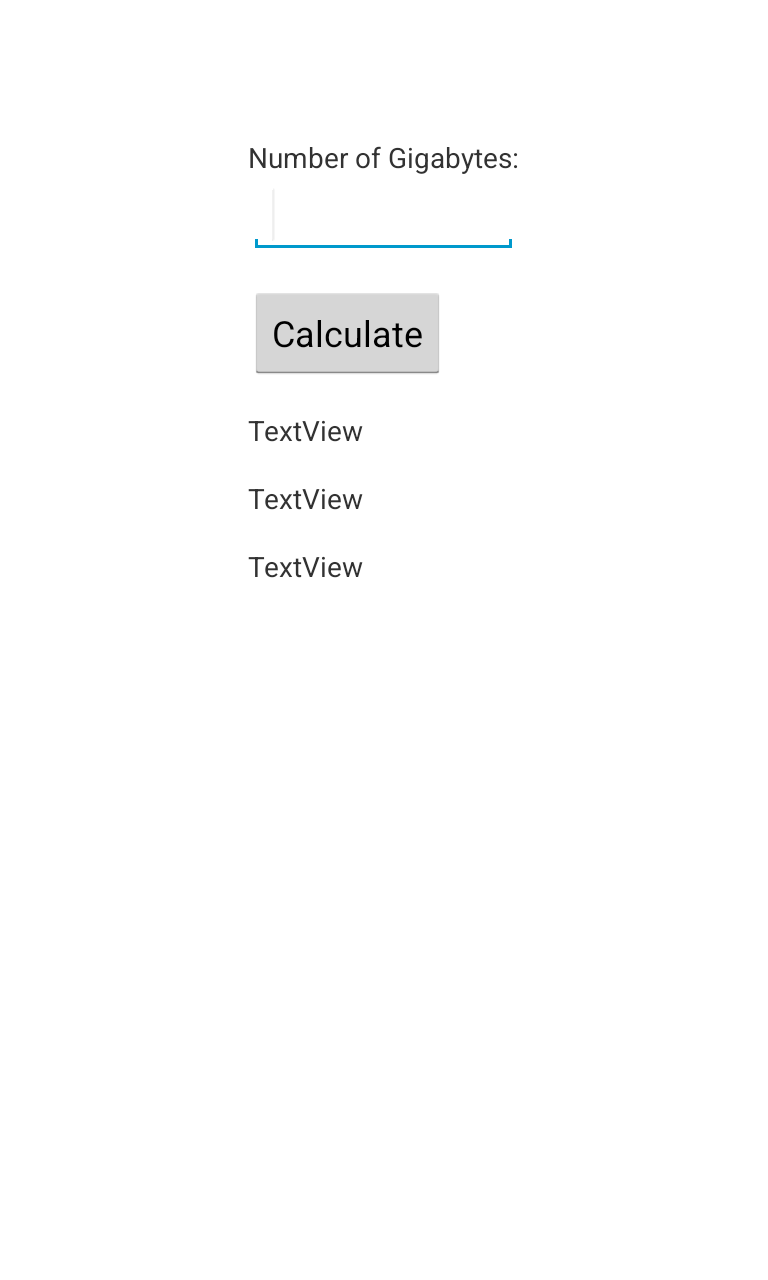
Repository: laurenelder/Java1-Project1
Layout: LinearLayoutProject/res/layout/fragment_main.xml
The author's editor kept a copy of each file at every save. The layout is drawn from the files as they stood at one save, then again after the next save.
It is drawn on a 768 x 1280 px phone screen (xhdpi) without system bars, with theme AppTheme; the app's code is not run.

Above is the layout before, as saved 2014-05-10 00:14:13.

After the next save:
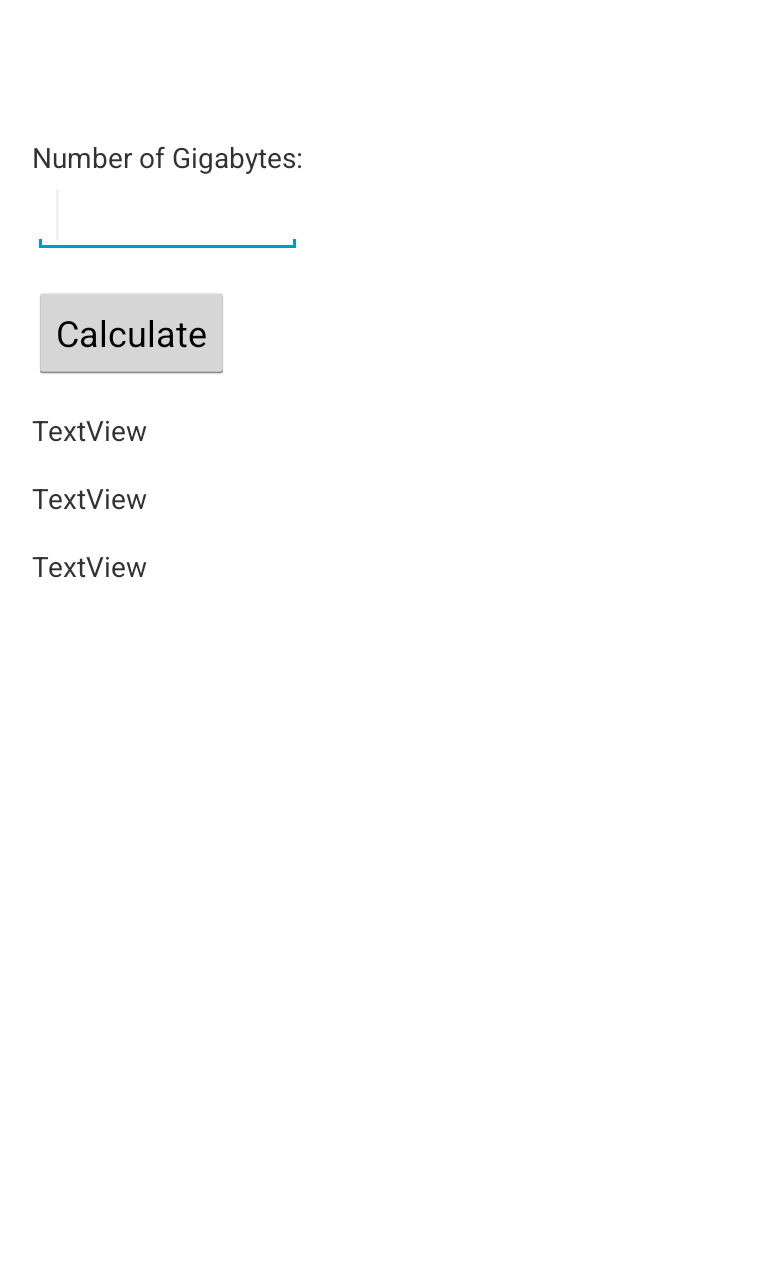
Saved 6 min 20 s later.
--- a/LinearLayoutProject/res/layout/fragment_main.xml
+++ b/LinearLayoutProject/res/layout/fragment_main.xml
@@ -1,4 +1,4 @@
-<RelativeLayout xmlns:android="http://schemas.android.com/apk/res/android"
+<FrameLayout xmlns:android="http://schemas.android.com/apk/res/android"
     xmlns:tools="http://schemas.android.com/tools"
     android:layout_width="match_parent"
     android:layout_height="match_parent"
@@ -6,7 +6,7 @@
     android:paddingLeft="@dimen/activity_horizontal_margin"
     android:paddingRight="@dimen/activity_horizontal_margin"
     android:paddingTop="@dimen/activity_vertical_margin"
-    tools:context="com.elderDevin.linearlayoutproject.MainActivity$PlaceholderFragment" >
+    tools:context="com.elderDevin.linearlayoutproject.MainActivity" >
 
     <LinearLayout
         android:id="@+id/linear"
@@ -63,4 +63,4 @@
             android:text="TextView" />
     </LinearLayout>
 
-</RelativeLayout>
+</FrameLayout>

After the 2 saves that followed:
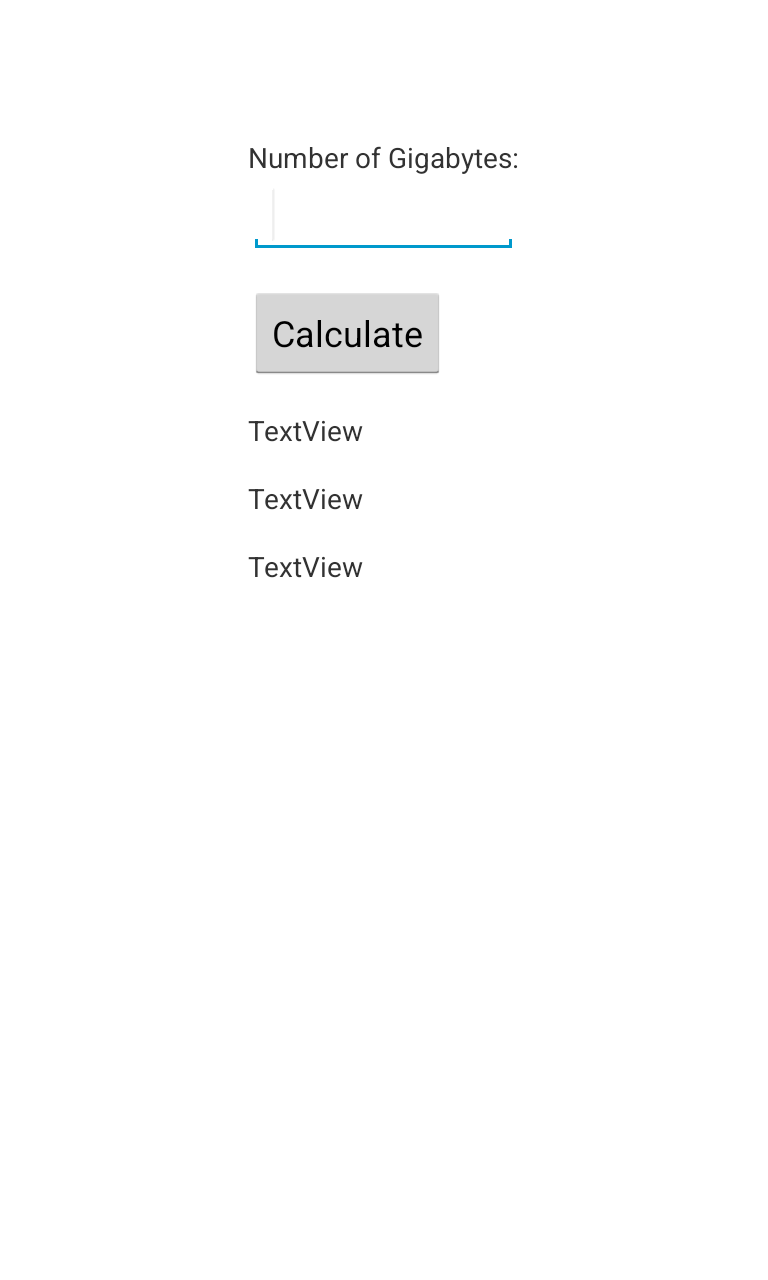
The 2 saves are shown as one change because 1 did not build or start.
The last was saved 6 min 1 s later.
--- a/LinearLayoutProject/res/layout/fragment_main.xml
+++ b/LinearLayoutProject/res/layout/fragment_main.xml
@@ -1,4 +1,4 @@
-<FrameLayout xmlns:android="http://schemas.android.com/apk/res/android"
+<RelativeLayout xmlns:android="http://schemas.android.com/apk/res/android"
     xmlns:tools="http://schemas.android.com/tools"
     android:layout_width="match_parent"
     android:layout_height="match_parent"
@@ -6,7 +6,7 @@
     android:paddingLeft="@dimen/activity_horizontal_margin"
     android:paddingRight="@dimen/activity_horizontal_margin"
     android:paddingTop="@dimen/activity_vertical_margin"
-    tools:context="com.elderDevin.linearlayoutproject.MainActivity" >
+    tools:context="com.elderDevin.linearlayoutproject.MainActivity$PlaceholderFragment" >
 
     <LinearLayout
         android:id="@+id/linear"
@@ -63,4 +63,4 @@
             android:text="TextView" />
     </LinearLayout>
 
-</FrameLayout>
+</RelativeLayout>
